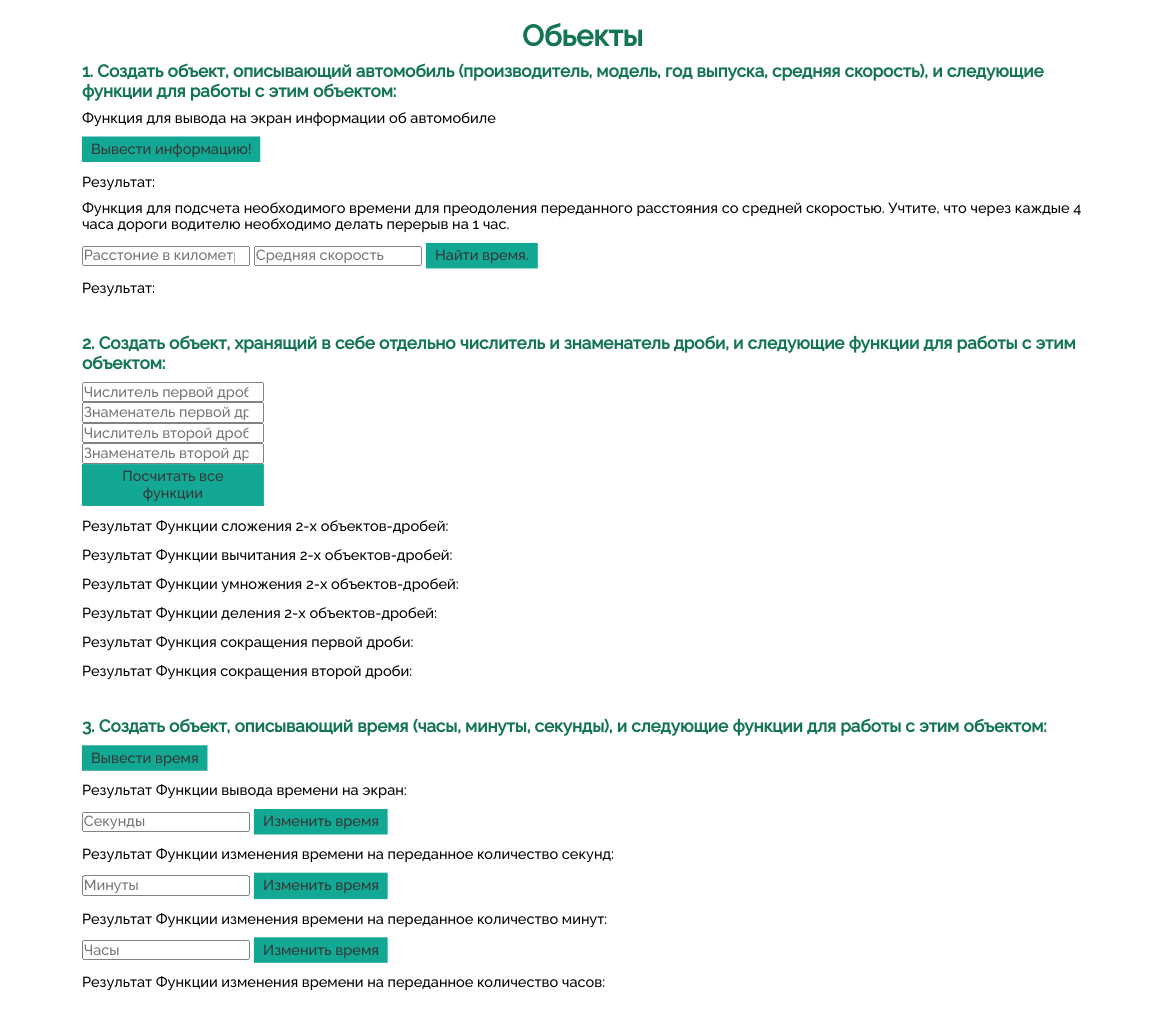
Repository: NastyaGavrilova/Beetroot-js
Page: HW4/index.html
An editor plug-in stored every save of this project. The page is shown before and after the next save, followed by the edit.
The browser window is 1280 px wide. The pictures show the whole page, at 91% of full size.

Above is the page before, as saved 2021-10-23 17:35:42.

After the next save:
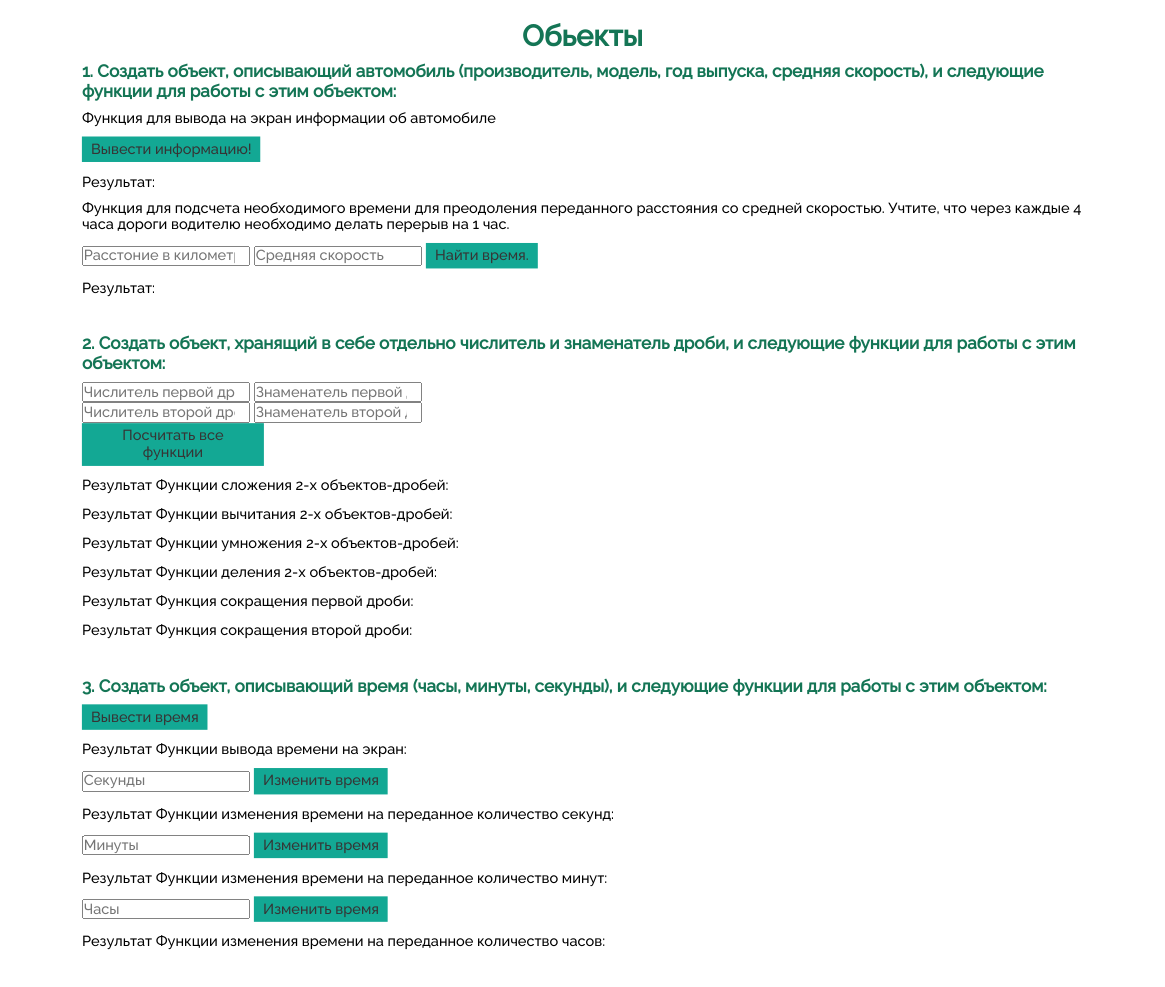
Saved 65 s later.
--- a/HW4/index.html
+++ b/HW4/index.html
@@ -74,30 +74,34 @@
 
         <form action="#" class="c-task2-form" method="get">
           <div class="c-task2-form__wrapper">
-            <input
-              type="number"
-              class="c-input"
-              id="js-task2-input1"
-              placeholder="Числитель первой дроби"
-            />
-            <input
-              type="number"
-              class="c-input"
-              id="js-task2-input2"
-              placeholder="Знаменатель первой дроби"
-            />
-            <input
-              class="c-input"
-              type="number"
-              id="js-task2-input3"
-              placeholder="Числитель второй дроби"
-            />
-            <input
-              type="number"
-              class="c-input"
-              id="js-task2-input4"
-              placeholder="Знаменатель второй дроби"
-            />
+            <div class="c-task2_first-fraction">
+              <input
+                type="number"
+                class="c-input"
+                id="js-task2-input1"
+                placeholder="Числитель первой дроби"
+              />
+              <input
+                type="number"
+                class="c-input"
+                id="js-task2-input2"
+                placeholder="Знаменатель первой дроби"
+              />
+            </div>
+            <div class="c-task2_second-fraction">
+              <input
+                class="c-input"
+                type="number"
+                id="js-task2-input3"
+                placeholder="Числитель второй дроби"
+              />
+              <input
+                type="number"
+                class="c-input"
+                id="js-task2-input4"
+                placeholder="Знаменатель второй дроби"
+              />
+            </div>
 
             <button id="js-task2-btn">Посчитать все функции</button>
           </div>
